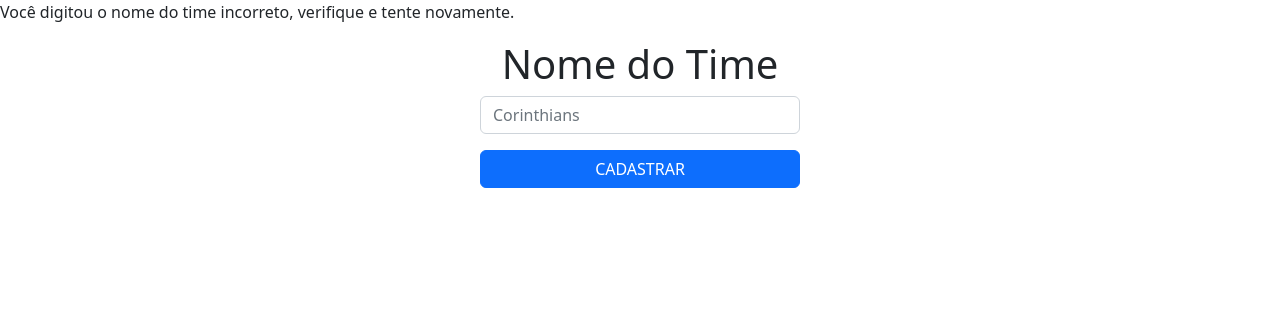
Repository: ricardodamaceno/Coeficiente-de-Variacao-de-Gols
Page: http://localhost/add-erro
An editor plug-in stored every save of this project. The page is shown before and after the next save, followed by the edit.
The browser window is 1280 px wide. The pictures show the whole page.
The page is this project's Thymeleaf template; nobody is signed in. The template is opened directly, without the code that normally fills it, so the values that code supplies are empty.

Above is the page before, as saved 2022-09-14 14:26:45.

### aposta-tozo/src/main/resources/templates/add-erro.html
<!DOCTYPE html>
<html xmlns:th="http://www.thymeleaf.org">
<head>
<meta name="viewport"
	content="width = device-width, initial-scale = 1, shrink-to-fit = no">
<!-- CSS only -->
<link
	href="https://cdn.jsdelivr.net/npm/bootstrap@5.2.1/dist/css/bootstrap.min.css"
	rel="stylesheet"
	integrity="sha384-iYQeCzEYFbKjA/T2uDLTpkwGzCiq6soy8tYaI1GyVh/UjpbCx/TYkiZhlZB6+fzT"
	crossorigin="anonymous">
<title>Apostas Esportivas</title>
</head>

<body>
<span class="mb-3 text-center">Você digitou o nome do time incorreto, verifique e tente novamente.</span>
<div class="col-md-3 rounded mx-auto d-block">
	<form method="post" action="/add">
		<div class="mb-3 text-center">
			<label for="exampleInputEmail1" class="form-label mt-3 h1">Nome do Time</label>
			<input type="text" placeholder="Corinthians" class="form-control" name="nomeTime">
		</div>
		<button type="submit" class="btn btn-primary rounded mx-auto d-block col-md-12">CADASTRAR</button>
	</form>
</div>
</body>
</html>

After the next save:
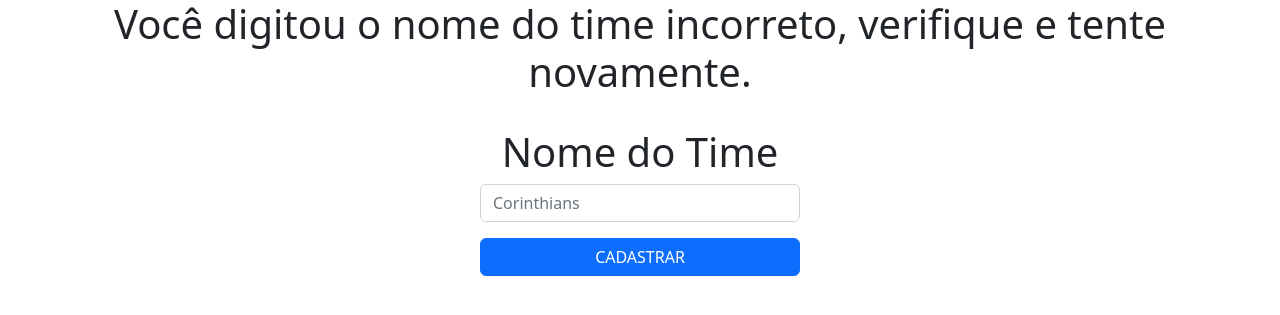
Saved 17 s later.
--- a/aposta-tozo/src/main/resources/templates/add-erro.html
+++ b/aposta-tozo/src/main/resources/templates/add-erro.html
@@ -13,7 +13,7 @@
 </head>
 
 <body>
-<span class="mb-3 text-center">Você digitou o nome do time incorreto, verifique e tente novamente.</span>
+<h1 class="mb-3 text-center">Você digitou o nome do time incorreto, verifique e tente novamente.</h1>
 <div class="col-md-3 rounded mx-auto d-block">
 	<form method="post" action="/add">
 		<div class="mb-3 text-center">
